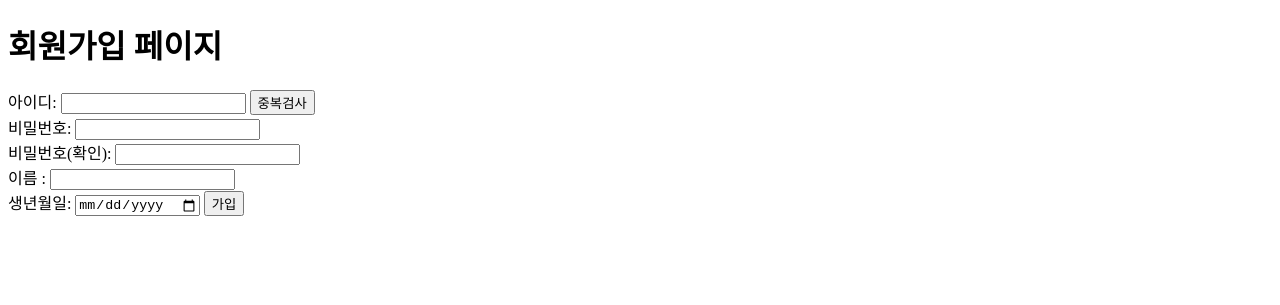
Repository: rmh6363/javastudy
Page: HelloWorld/WebContent/d.html
The author's editor kept a copy of each file at every save. The page is drawn from the files as they stood at one save, then again after the next save.
The browser window is 1280 px wide. The pictures show the whole page.

Above is the page before, as saved 2020-12-04 07:16:35.

### HelloWorld/WebContent/d.html
<!DOCTYPE html>
<html>
<head>
<meta charset="UTF-8">
<title>Insert title here</title>
</head>
<body>
<h1>회원가입 페이지</h1>

<form action="a.html" method="post">
<label for="id">아이디: </label>
<input id ="id" name="id"> <button>중복검사</button>
<br>
<label for="pw1">비밀번호: </label>
<input id = "pw1" type="password" name = "pw1">
<br>
<label for="pw2">비밀번호(확인): </label>
<input id = "pw2" type="password" name = "pw2">
<br>
<label for="name">이름 : </label>
<input id="name"  name = "name">
<br>
<label for = "brith">생년월일:</label>
<input id = "birth" type="date" name = "birth">



<input type="submit" value="가입">

</form>
</body>
</html>

After the next save:
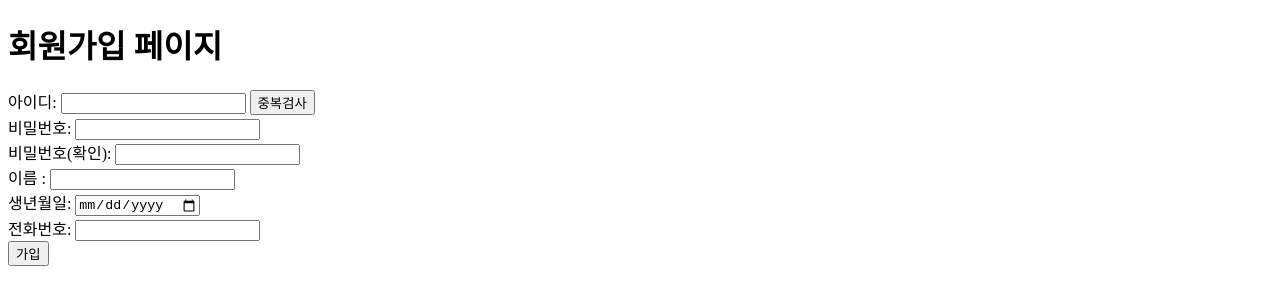
Saved 3 min 11 s later.
--- a/HelloWorld/WebContent/d.html
+++ b/HelloWorld/WebContent/d.html
@@ -22,6 +22,10 @@
 <br>
 <label for = "brith">생년월일:</label>
 <input id = "birth" type="date" name = "birth">
+<br>
+<label for = "tel">전화번호:</label>
+<input id ="tel" type="tel" name= "tel">
+<br>
 
 
 
